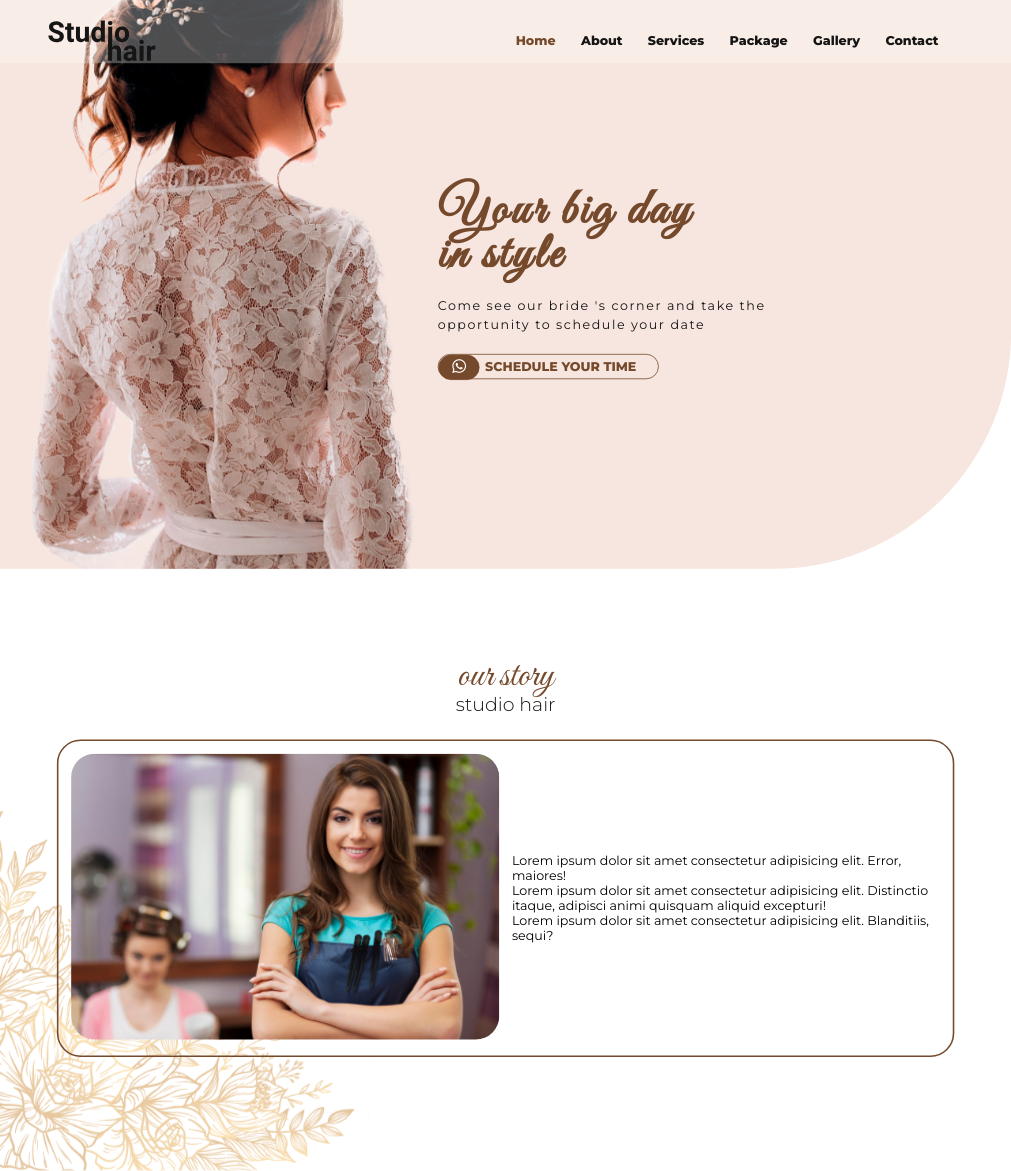
Repository: TuanHuflit2k1/clone-web01
Page: index.html
An editor plug-in stored every save of this project. The page is shown before and after the next save, followed by the edit.
The browser window is 1280 px wide. The pictures show the whole page, at 79% of full size.
Some web libraries are served in a nearby version.

Above is the page before, as saved 2022-04-28 11:16:49.

After the next save:
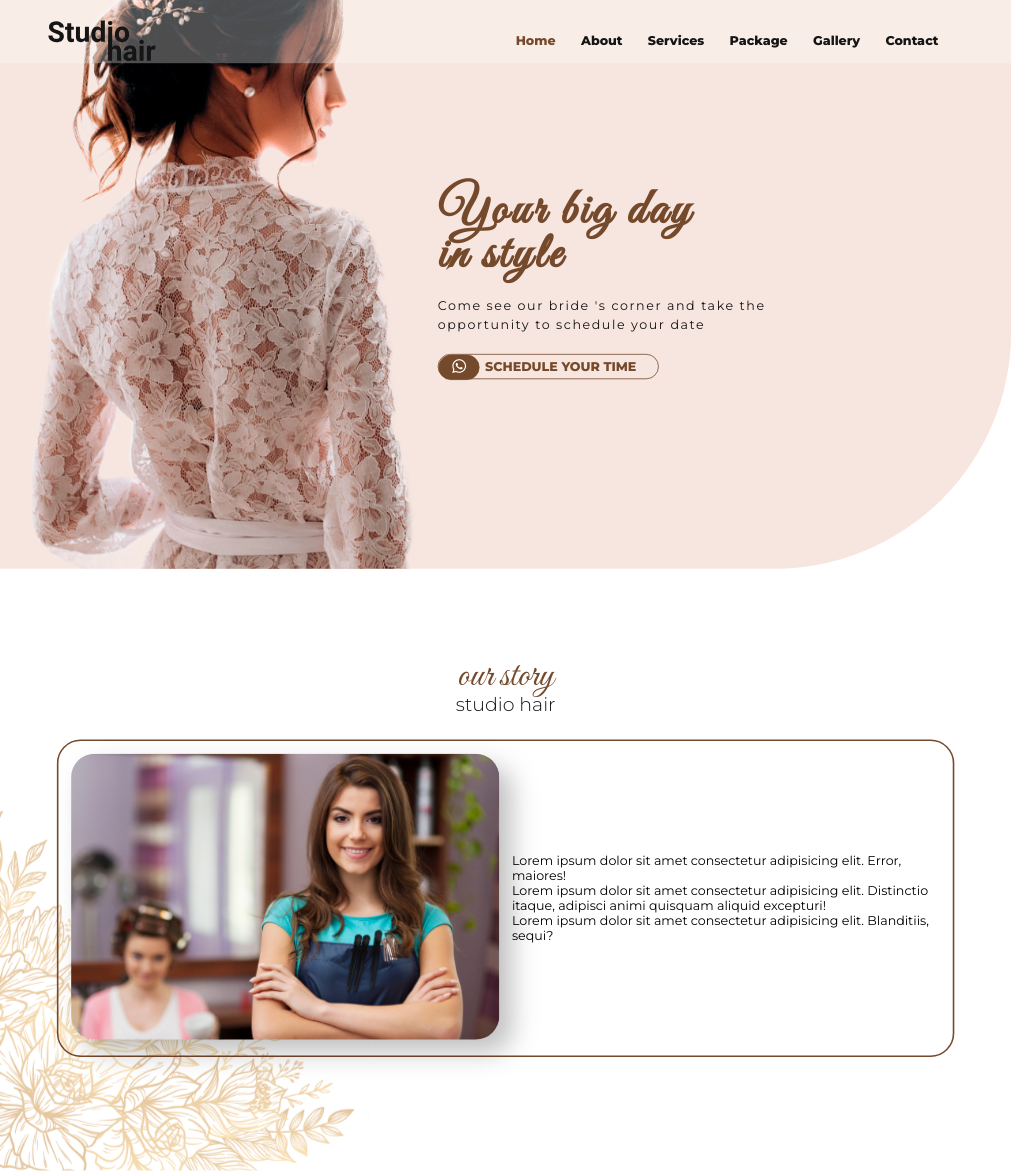
Saved 7 s later.
--- a/style.css
+++ b/style.css
@@ -248,9 +248,9 @@ body {
   padding: 1rem;
 }
 .about-img img {
-    width: 100%;
-    border-radius: 30px;
-    filter: drop-shadow(16px 16px 16px rgba());
+  width: 100%;
+  border-radius: 30px;
+  filter: drop-shadow(16px 16px 16px rgba(0, 0, 0, 0.25));
 }
 @media (max-width: 920px) {
   .nav-menu {
